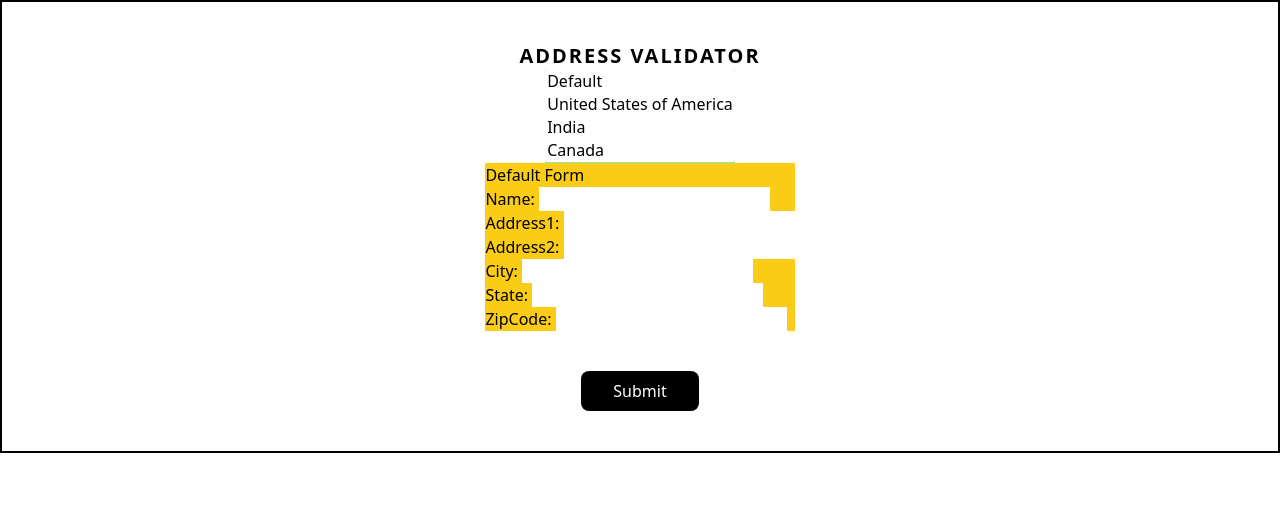
Repository: jay-singhvi/SWArchDesign_TeamProject
Page: / (app in frontend/address-validation/)
An editor plug-in stored every save of this project. The page is shown before and after the next save, followed by the edit.
The browser window is 1280 px wide. The pictures show the whole page.
The project was rebuilt for these pictures with package versions that can differ from the ones it lists, and the page was loaded fresh each time. Also part of the build but not shown: frontend/address-validation/src/App.css.

Above is the page before, as saved 2023-03-07 13:54:28.

After the next save:
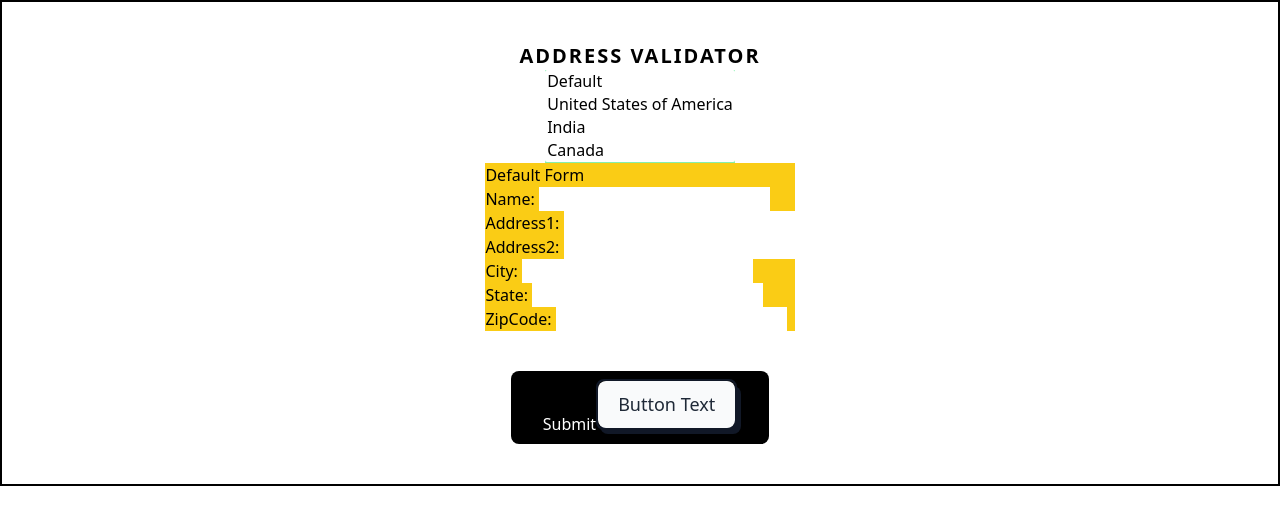
Saved 86 s later.
--- a/frontend/address-validation/src/App.js
+++ b/frontend/address-validation/src/App.js
@@ -155,7 +155,14 @@ function App() {
       {renderForm()}
 
       <button type="submit" onClick={findAddress} className=" mt-10 bg-black cursor-pointer px-8 py-2 rounded-lg text-white ">
-          Submit
+          Submit<a href="#_" class="relative inline-block text-lg group">
+<span class="relative z-10 block px-5 py-3 overflow-hidden font-medium leading-tight text-gray-800 transition-colors duration-300 ease-out border-2 border-gray-900 rounded-lg group-hover:text-white">
+<span class="absolute inset-0 w-full h-full px-5 py-3 rounded-lg bg-gray-50"></span>
+<span class="absolute left-0 w-48 h-48 -ml-2 transition-all duration-300 origin-top-right -rotate-90 -translate-x-full translate-y-12 bg-gray-900 group-hover:-rotate-180 ease"></span>
+<span class="relative">Button Text</span>
+</span>
+<span class="absolute bottom-0 right-0 w-full h-12 -mb-1 -mr-1 transition-all duration-200 ease-linear bg-gray-900 rounded-lg group-hover:mb-0 group-hover:mr-0" data-rounded="rounded-lg"></span>
+</a>
         </button>
 
       {responseData && (
